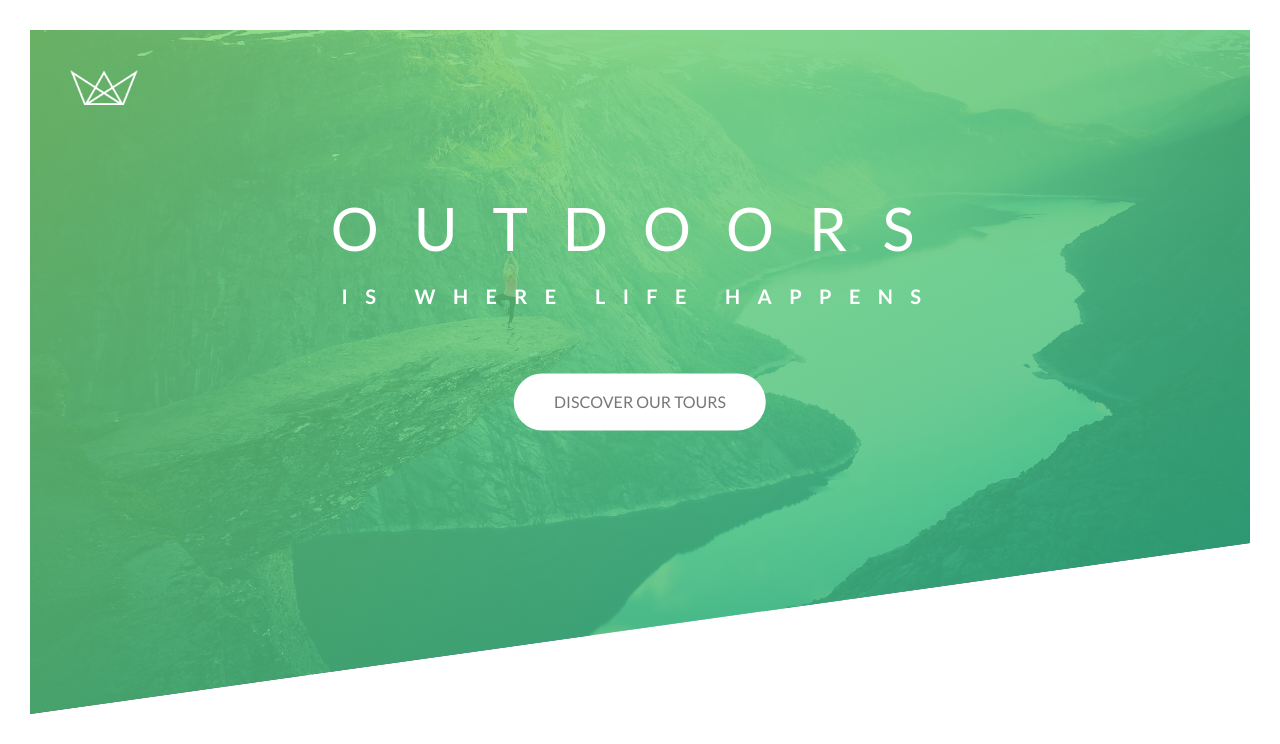
Repository: taivuong95/natours-fe
Page: index.html
An editor plug-in stored every save of this project. The page is shown before and after the next save, followed by the edit.
The browser window is 1280 px wide. The pictures show the whole page.

Above is the page before, as saved 2020-12-09 16:23:07.

After the next save:
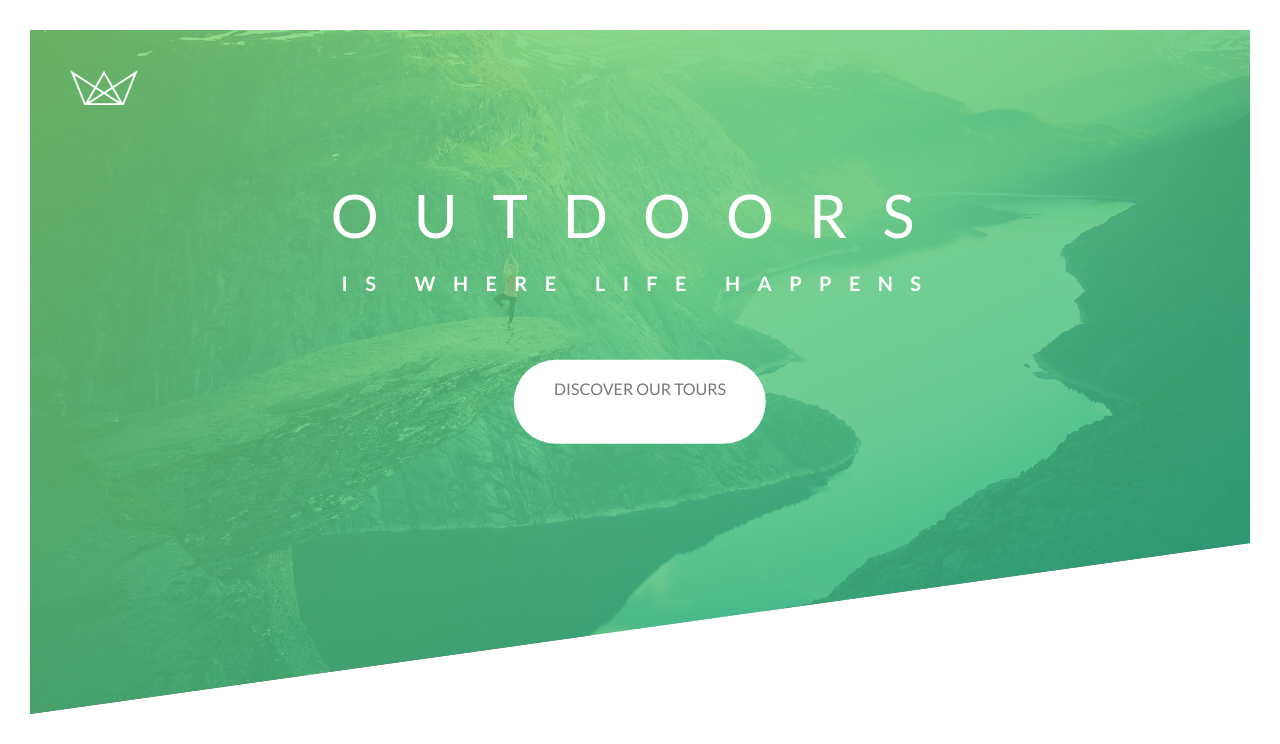
Saved 8 min 59 s later.
--- a/css/style.css
+++ b/css/style.css
@@ -137,3 +137,15 @@ body {
   background-color: #fff;
   color: #777;
 }
+
+.btn::after {
+  content: "";
+  display: inline-block;
+  height: 100%;
+  width: 100%;
+  border-radius: 100px;
+}
+
+.btn-white::after {
+  background-color: #fff;
+}
